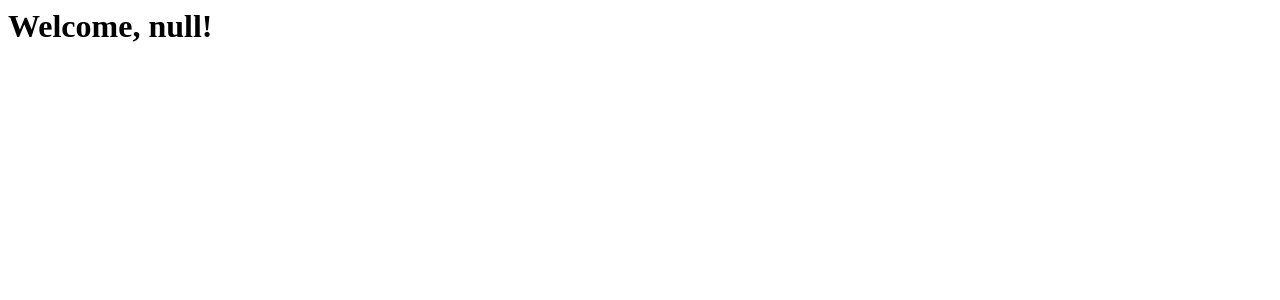
Repository: NikhilPatlolla/FinalAssignment
Page: http://localhost/SessionManagementApp/test
The author's editor kept a copy of each file at every save. The page is drawn from the files as they stood at one save, then again after the next save.
The browser window is 1280 px wide. The pictures show the whole page.
The page is served by Tomcat 10.

Above is the page before, as saved 2023-05-27 21:58:22.

After the next save:
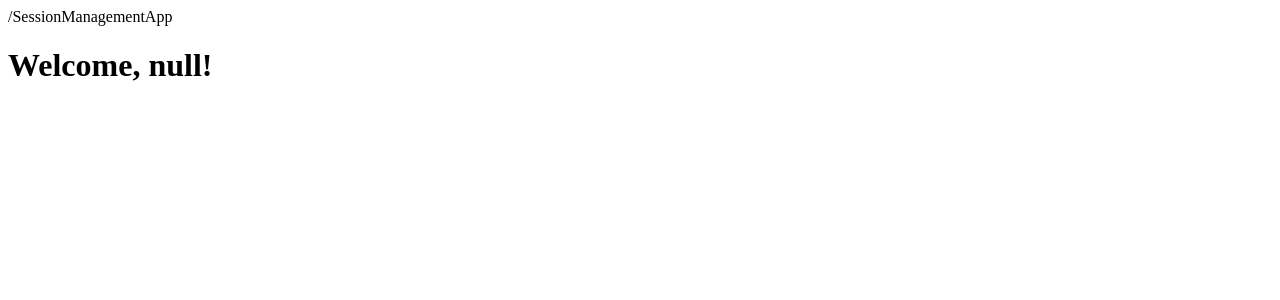
Saved 3 min 8 s later.
--- a/SessionManagementApp/src/main/java/com/nikhil/controller/SessionServlet.java
+++ b/SessionManagementApp/src/main/java/com/nikhil/controller/SessionServlet.java
@@ -29,6 +29,7 @@ public class SessionServlet extends HttpServlet {
 	    out.println("<html>");
 	    out.println("<head><title>Welcome</title></head>");
 	    out.println("<body>");
+	    out.println(request.getContextPath());
 	    out.println("<h1>Welcome, " + name + "!</h1>");
 //	    out.println("<a href=\"/webapp/profile\">Go to Profile</a>");
 	    out.println("</body>");
